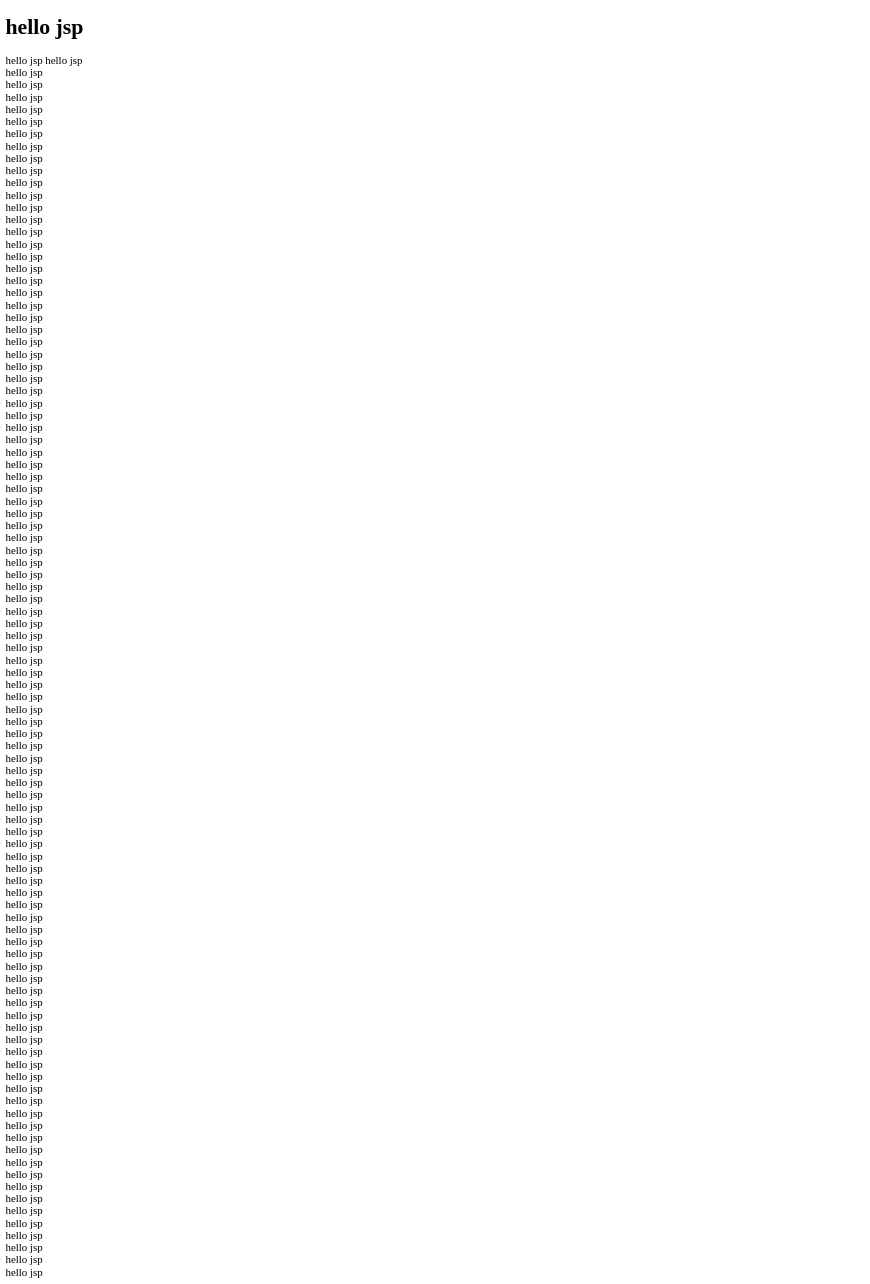
Repository: jupiter002/jsp-tutorial
Page: http://localhost/jsp01/hello.jsp
These files come from the project's save history. The page is drawn as it stood at one moment and after a run of saves; the edit follows.
The browser window is 1280 px wide. The pictures show the whole page, at 68% of full size.
The page is served by Tomcat 9.

Above is the page before, as saved 2023-06-02 01:10:04.

### jsp01/src/main/webapp/hello.jsp
<%@ page language="java" contentType="text/html; charset=UTF-8"
    pageEncoding="UTF-8"%>
<!DOCTYPE html>
<html>
<head>
<meta charset="UTF-8">
<title>Insert title here</title>
</head>
<body>
	<h1>hello jsp</h1>

	<%
		out.println("hello jsp");
		for(int i=0; i<100; i++){
			out.println("hello jsp <br/>");
		}

	%>




</body>
</html>

After the next 2 saves:
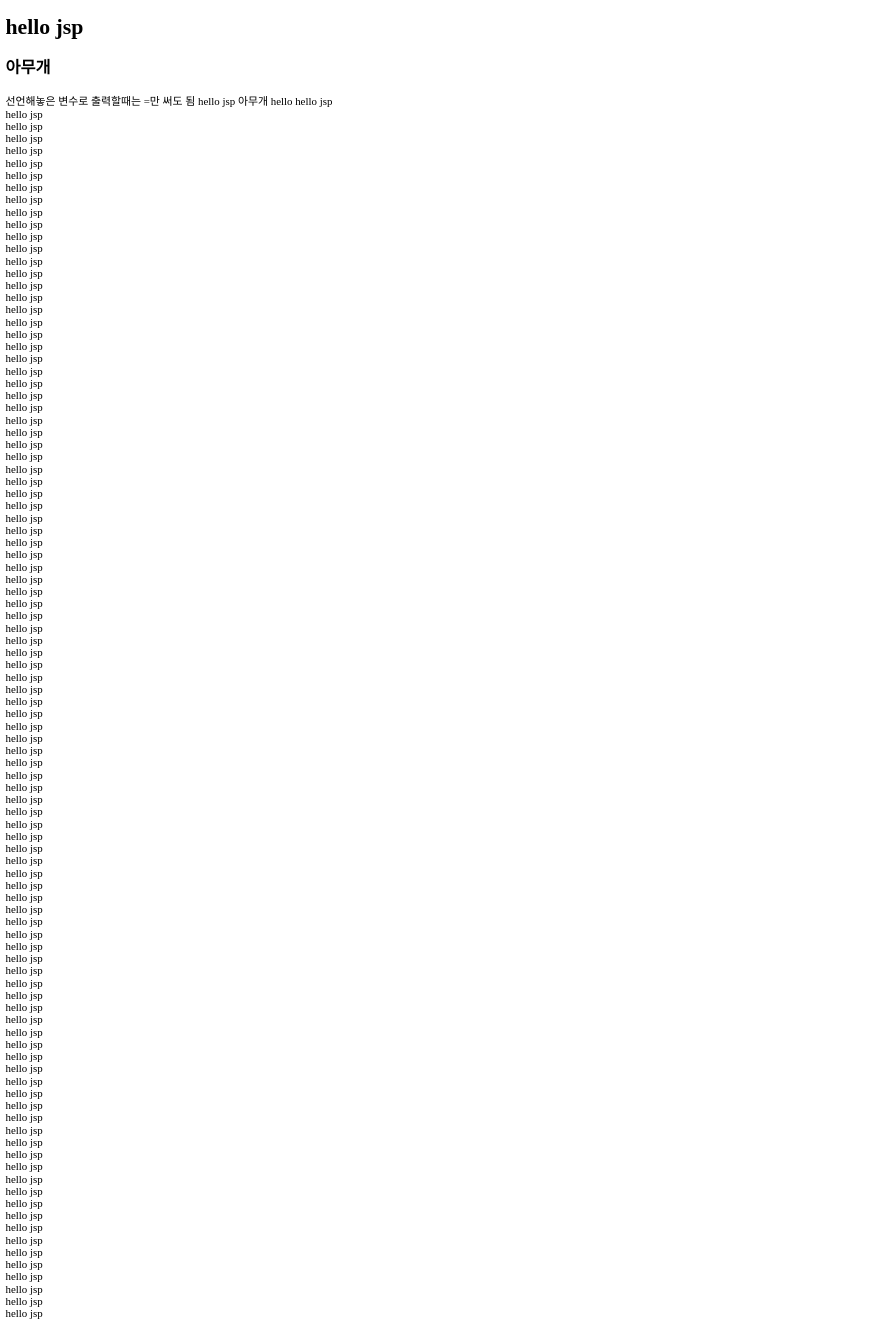
The 2 saves are shown as one change because 1 did not build or start.
The last was saved 8 min 45 s later.
--- a/jsp01/src/main/webapp/hello.jsp
+++ b/jsp01/src/main/webapp/hello.jsp
@@ -1,5 +1,10 @@
 <%@ page language="java" contentType="text/html; charset=UTF-8"
     pageEncoding="UTF-8"%>
+    <%!
+    /*html코드안이 아닌 밖에 쓸때는 느낌표를 하나 써준다  */
+    String name = "아무개";
+    String msg = "hello";
+    %>
 <!DOCTYPE html>
 <html>
 <head>
@@ -8,13 +13,14 @@
 </head>
 <body>
 	<h1>hello jsp</h1>
-
+	<h2><%= name %></h2>
+	선언해놓은 변수로 출력할때는 =만 써도 됨
 	<%
 		out.println("hello jsp");
+	out.println(name+" "+msg);
 		for(int i=0; i<100; i++){
 			out.println("hello jsp <br/>");
 		}
-
 	%>
 
 
